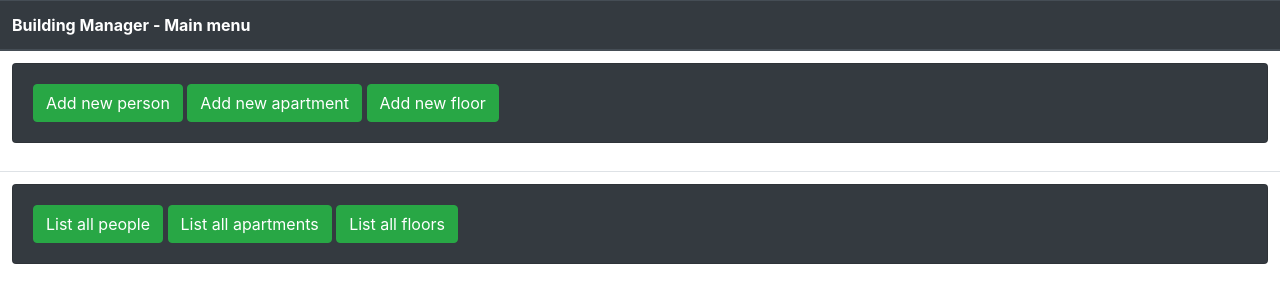
Repository: JMarJus/TalleresDUAL_2
Page: http://localhost/index
An editor plug-in stored every save of this project. The page is shown before and after the next save, followed by the edit.
The browser window is 1280 px wide. The pictures show the whole page.
The page is this project's Thymeleaf template; nobody is signed in. The template is opened directly, without the code that normally fills it, so the values that code supplies are empty.

Above is the page before, as saved 2023-12-26 00:24:59.
Console error: TypeError: Cannot read properties of undefined (reading 'fn')

### spring01/src/main/resources/templates/index.html
<!DOCTYPE html>
<html xmlns:th="http://www.thymeleaf.org">

<head>
	<meta http-equiv="Content-Type" content="text/html; charset=UTF-8" />
	<title>Spring 01 - Building Management</title>
	<link rel="stylesheet" href="https://stackpath.bootstrapcdn.com/bootstrap/4.3.1/css/bootstrap.min.css">
	<script src="https://stackpath.bootstrapcdn.com/bootstrap/4.3.1/js/bootstrap.min.js"></script>
</head>

<body>
	<table class="table">
		<thead class="thead-dark">
			<tr>
				<th scope="col">Building Manager - Main menu</th>
			</tr>
		</thead>
		<tbody>
			<tr>
				<td>
					<div class="card text-white bg-dark mb-3">
		  				<div class="card-body">
							<a th:href="@{/getAddPerson}" class="btn btn-success">Add new person</a>
							<a th:href="@{/getAddApartment}" class="btn btn-success">Add new apartment</a>
							<a th:href="@{/getAddFloor}" class="btn btn-success">Add new floor</a>
						</div>
					</div>
				</td>
			</tr>
			<tr>
				<td>
					<div class="card text-white bg-dark mb-3">
		  				<div class="card-body">
							<a th:href="@{/getPeople}" class="btn btn-success">List all people</a>
							<a th:href="@{/getApartments}" class="btn btn-success">List all apartments</a>
							<a th:href="@{/getFloors}" class="btn btn-success">List all floors</a>
						</div>
					</div>
				</td>
			</tr>
		</tbody>
	</table>
</body>

</html>

After the next save:
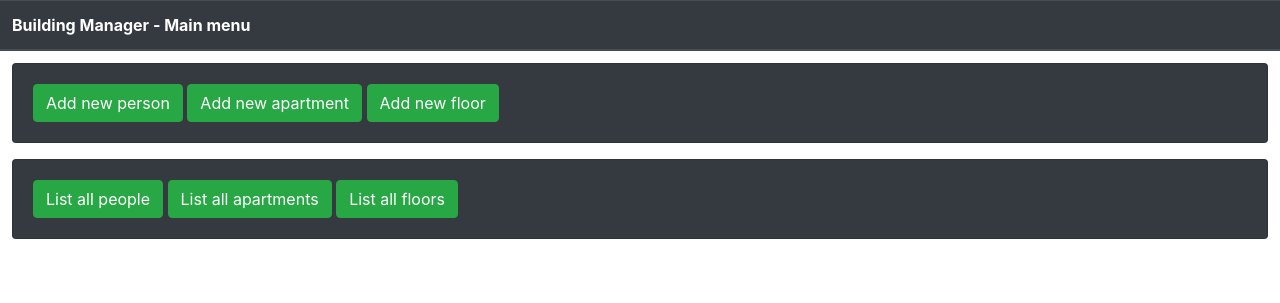
Saved 9 s later.
--- a/spring01/src/main/resources/templates/index.html
+++ b/spring01/src/main/resources/templates/index.html
@@ -25,10 +25,6 @@
 							<a th:href="@{/getAddFloor}" class="btn btn-success">Add new floor</a>
 						</div>
 					</div>
-				</td>
-			</tr>
-			<tr>
-				<td>
 					<div class="card text-white bg-dark mb-3">
 		  				<div class="card-body">
 							<a th:href="@{/getPeople}" class="btn btn-success">List all people</a>
